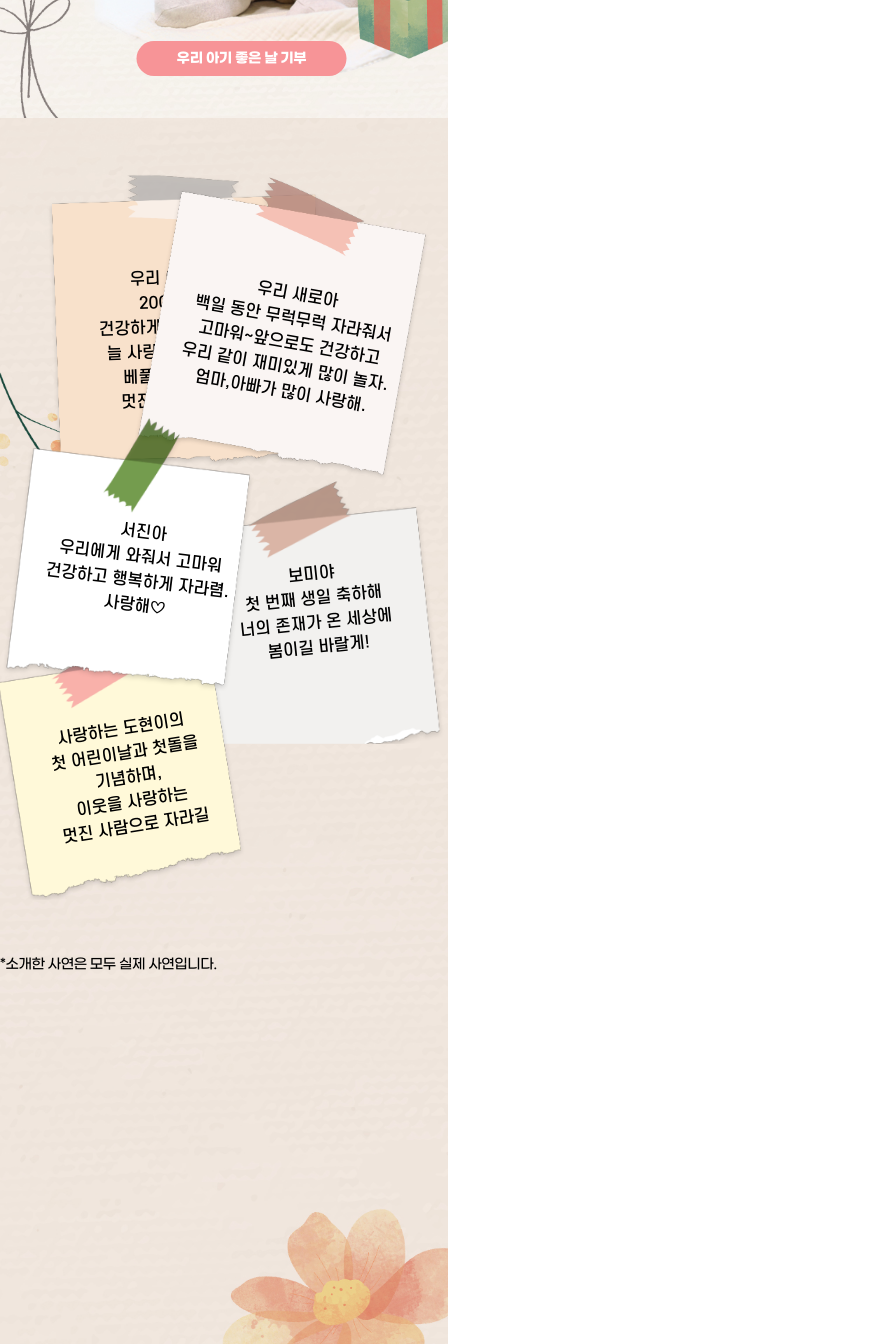
Repository: dlgywls1130/save_children_m
Page: index.html
The author's editor kept a copy of each file at every save. The page is drawn from the files as they stood at one save, then again after the next save.
The browser window is 1280 px wide. The pictures show the part of the page from y = 771 to 2691 px (the page is 9658 px tall), at 70% of full size.

Above is the page before, as saved 2023-12-13 18:52:00.

After the next save:
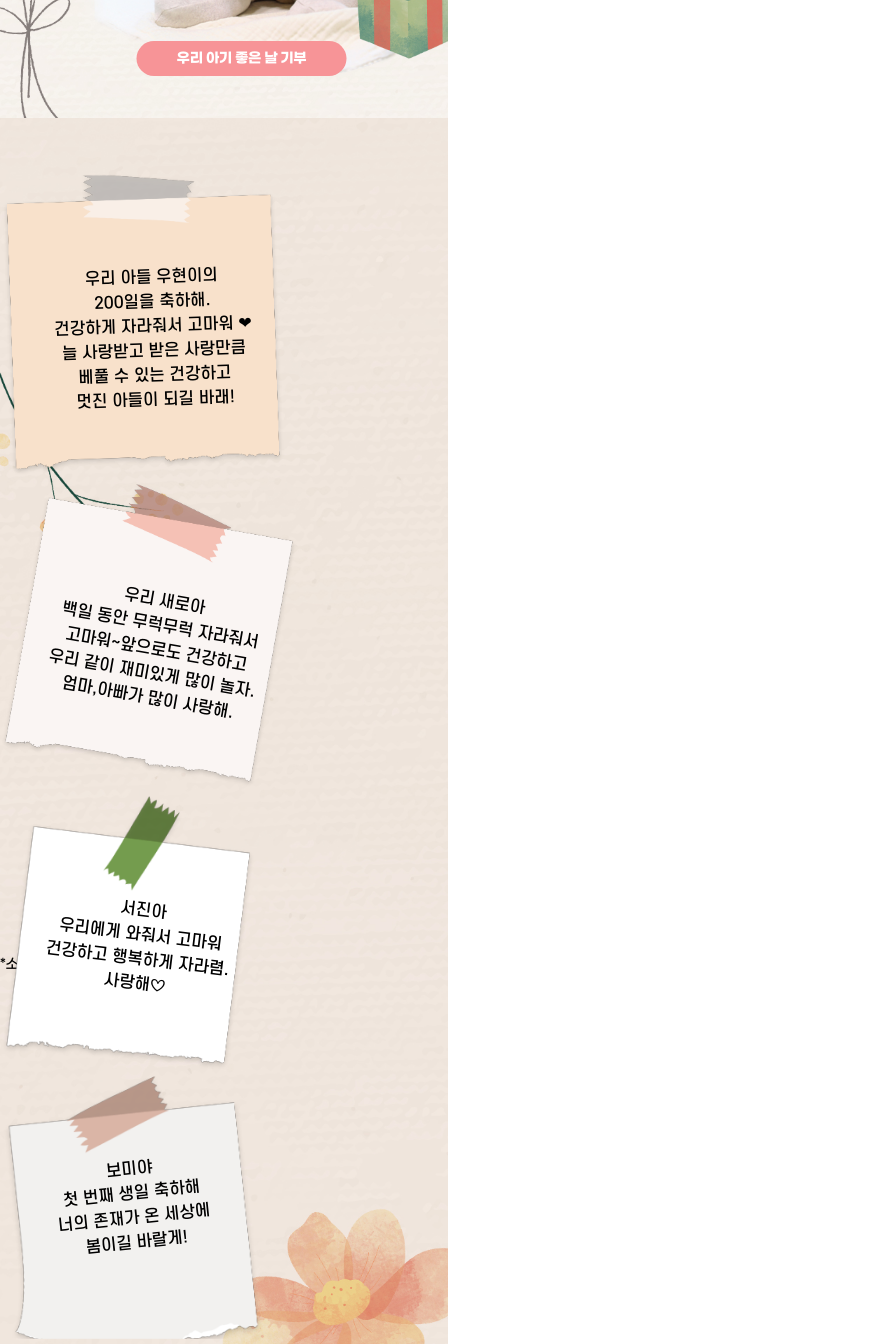
Saved 2 min 17 s later.
--- a/css/style.css
+++ b/css/style.css
@@ -246,9 +246,7 @@
     letter-spacing: -0.03em;
 }
 
-.postit {
-    position: absolute;
-}
+
 .postit p{
     font-family: 'SCDream5';
     font-size: 23px;
@@ -266,9 +264,6 @@
     height: 438px;
     background-size: contain;
     box-sizing: border-box;
-    left: 64px;
-    top: 0;
-
 }
 
 .postit01 p{
@@ -282,8 +277,6 @@
     height: 450px;
     background-size: contain;
     box-sizing: border-box;
-    top: 0;
-    right: 0;
 
 }
 
@@ -298,9 +291,6 @@
     height: 400px;
     background-size: contain;
     box-sizing: border-box;
-    left: 0;
-    top: 31%;
-    z-index: 1;
 }
 
 .postit03 p{
@@ -314,8 +304,6 @@
     height: 380px;
     background-size: cover;
     box-sizing: border-box;
-    top: 39%;
-    right: 0;
 }
 
 .postit04 p{
@@ -328,8 +316,6 @@
     height: 390px;
     background-size: contain;
     box-sizing: border-box;
-    top: 58%;
-    left: -13px;
 }
 
 .postit05 p{
